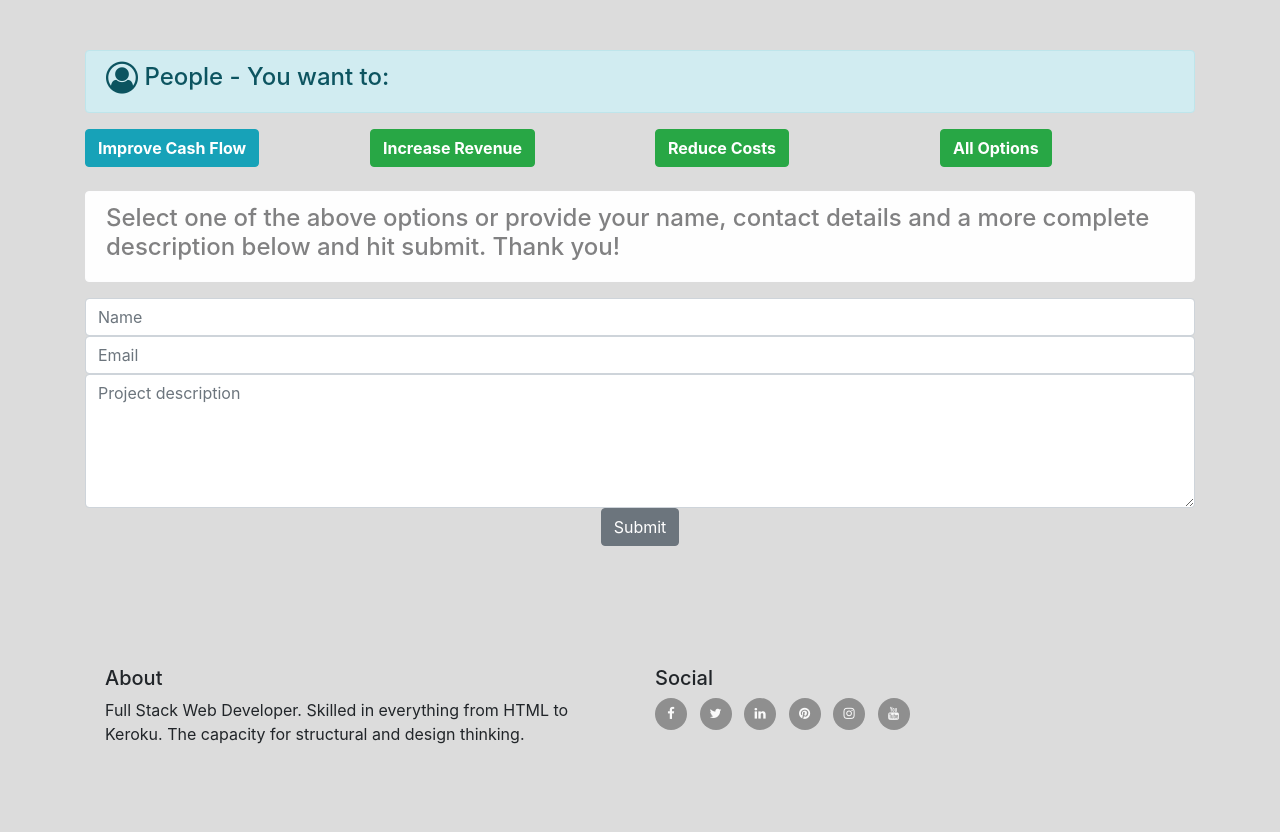
Repository: Code-Institute-Submissions/tenerim-milestone1
Page: People.html
The author's editor kept a record of every edit. The page is drawn from the files as they stood at one moment, then again after the next edit.
The browser window is 1280 px wide. The pictures show the whole page.

Above is the page before.

### People.html
<!DOCTYPE html>
<html lang="en">

<head>
    <meta charset="UTF-8">
    <meta name="viewport" content="width=device-width, initial-scale=1.0">
    <meta http-equiv="X-UA-Compatible" content="ie=edge">
    <link rel="stylesheet" href="https://stackpath.bootstrapcdn.com/bootstrap/4.3.1/css/bootstrap.min.css" type="text/css" />
    <link href="https://stackpath.bootstrapcdn.com/bootstrap/4.3.1/css/bootstrap.min.css" rel="stylesheet" integrity="sha384-ggOyR0iXCbMQv3Xipma34MD+dH/1fQ784/j6cY/iJTQUOhcWr7x9JvoRxT2MZw1T" crossorigin="anonymous">
    <link rel="stylesheet" href="https://stackpath.bootstrapcdn.com/font-awesome/4.7.0/css/font-awesome.min.css" type="text/css" />
    <link href="https://stackpath.bootstrapcdn.com/font-awesome/4.7.0/css/font-awesome.min.css" rel="stylesheet" integrity="sha384-wvfXpqpZZVQGK6TAh5PVlGOfQNHSoD2xbE+QkPxCAFlNEevoEH3Sl0sibVcOQVnN" crossorigin="anonymous">
    <link rel="stylesheet" href="assets/css/style.css" type="text/css" />
    <title>MT Milestone Project 1</title>

</head>

<!-------------------------------------------------------------People -->

<body>

    <section id="People" ;>

        <div class="container">

            <div class="row">
                <div class="col-sm-12">
                    <div class="alert alert-info" role="alert">
                        <h4 class="alert-heading"><i class="fa fa-user-circle-o fa-lg" aria-hidden="true"></i> People - You want to:</h4>
                    </div>
                </div>
            </div>

            <div class="row">

                <div class="col-sm-3">
                    <button type="button" class="btn btn-info"><a href="#" class="alert-link">Improve Cash Flow</a></button> <br />
                </div>
                <div class="col-sm-3">
                    <button type="button" class="btn btn-success"><a href="#" class="alert-link">Increase Revenue</a></button> <br />
                </div>
                <div class="col-sm-3">
                    <button type="button" class="btn btn-success"><a href="#" class="alert-link">Reduce Costs</a></button> <br />
                </div>
                <div class="col-sm-3">
                    <button type="button" class="btn btn-success"><a href="#" class="alert-link">All Options</a></button> <br /> <br />
                </div>
            </div>

            <div class="alert alert-light" role="alert">
                <h4 class="alert-heading">Select one of the above options or provide your name, contact details and a more complete description below and hit submit. Thank you!</h4>
            </div>

            <div class="center-form">
                <form>
                    <input type="text" name="name" id="fullname" class="form-control" placeholder="Name" required />
                    <input type="email" name="email" id="emailaddress" class="form-control" placeholder="Email" required />
                    <textarea rows="5" name="projectsummary" id="projectsummary" class="form-control" placeholder="Project description" required></textarea>
                    <div class="form-row text-center">
                        <div class="col">
                            <button type="submit" class="btn btn-secondary">Submit</button>
                        </div>
                    </div>
                </form>
            </div>

        </div>

    </section>


    <!-------------------------------------------------------------Footer -->

    <Section id="footer" ;>

        <footer class="container">
            <div id="footer-details" class="row">
                <div class="col-sm-6">
                    <h5 class="uppercase general-sub">About</h5>
                    <p class "inline-block">
                        Full Stack Web Developer. Skilled in everything from HTML to Keroku. The capacity for structural and design thinking.</p>
                </div>


                <div class="col-sm-6">
                    <h5 class="uppercase general-sub">Social</h5>
                    <ul class="list-inline social-links">
                        <li class="list-inline-item">
                            <a target="_blank" href="#">
                            <i class="fa fa-facebook" aria-hidden="true"></i>
                            <span class="sr-only">Facebook</span>
                        </a>
                        </li>
                        <li class="list-inline-item">
                            <a target="_blank" href="#">
                            <i class="fa fa-twitter" aria-hidden="true"></i>
                            <span class="sr-only">twitter</span>
                        </a>
                        </li>
                        <li class="list-inline-item">
                            <a target="_blank" href="#">
                            <i class="fa fa-linkedin" aria-hidden="true"></i>
                            <span class="sr-only">LinkedIn</span>
                        </a>
                        </li>
                        </li>
                        <li class="list-inline-item">
                            <a target="_blank" href="#">
                            <i class="fa fa-pinterest" aria-hidden="true"></i>
                            <span class="sr-only">Pinterest</span>
                        </a>
                        </li>
                        </li>
                        <li class="list-inline-item">
                            <a target="_blank" href="#">
                            <i class="fa fa-instagram" aria-hidden="true"></i>
                            <span class="sr-only">Instagram</span>
                        </a>
                        </li>
                        </li>
                        <li class="list-inline-item">
                            <a target="_blank" href="#">
                            <i class="fa fa-youtube" aria-hidden="true"></i>
                            <span class="sr-only">YouTube</span>
                        </a>
                        </li>
                    </ul>
                </div>
            </div>

        </footer>

    </Section>

</body>

</html>

### assets/css/style.css
.container-fluid {
    background-color: rgb(220, 220, 220);
}

section {
    background-color: rgb(220, 220, 220);
    padding-top: 50px;
    padding-bottom: 50px;
}

.splash {
    background-color: rgb(192, 192, 192);
}


.display-4 {
    padding-top: 50px;
}


.lead {
    padding-bottom: 50px;
}


.headbox {
    border-radius: 25px;
    border: 2px solid #73AD21;
    padding: 10px;
    text-align: center;
    width: 200px;

}

h4 {
    color: rgb(255, 255, 255);
}


.alert-link {

color: rgb(255, 255, 255);
}

/*--------------------------------------How I Got Here-----*/

.timeline-item {
    padding: 0em 1em 1em 1em;
    border-left: 1px solid;
}

.timeline-item:before {
    content: attr(data-dates);
    left: 2.5em;
    top: 3em;
    display: block;
    font-weight: 500;
    font-size: 1em;
    color: #fafafa;
}

.timeline-item:after {
    width: 12px;
    height: 12px;
    display: block;
    top: -3em;
    position: relative;
    left: -23px;
    border-radius: 12px;
    content: "";
    background: #fafafa;
}


/*--------------------------------------How I Add Value-----*/








/*--------------------------------------Contact-----*/

.contact {
  position: relative;
  text-align: center;
  color: white;
}


.top-left {
  position: absolute;
  top: 8px;
  left: 16px;
}




/*--------------------------------------Footer-----*/

.social-links {
    padding-bottom: 15px;
}

.social-links li a i {
    width: 32px;
    height: 32px;
    padding: 12px 0;
    border-radius: 50%;
    font-size: 13px;
    line-height: 7px;
    text-align: center;
    color: #fafafa;
    background: #8f8f8f;
    transition: all 0.35s ease-in-out;
    -moz-transition: all 0.35s ease-in-out;
    -webkit-transition: all 0.35s ease-in-out;
    -o-transition: all 0.35s ease-in-out;
}

.social-links li a i:hover {
    background: #e84610;
}

#footer-details {
    padding: 20px;
}

After the next edit:
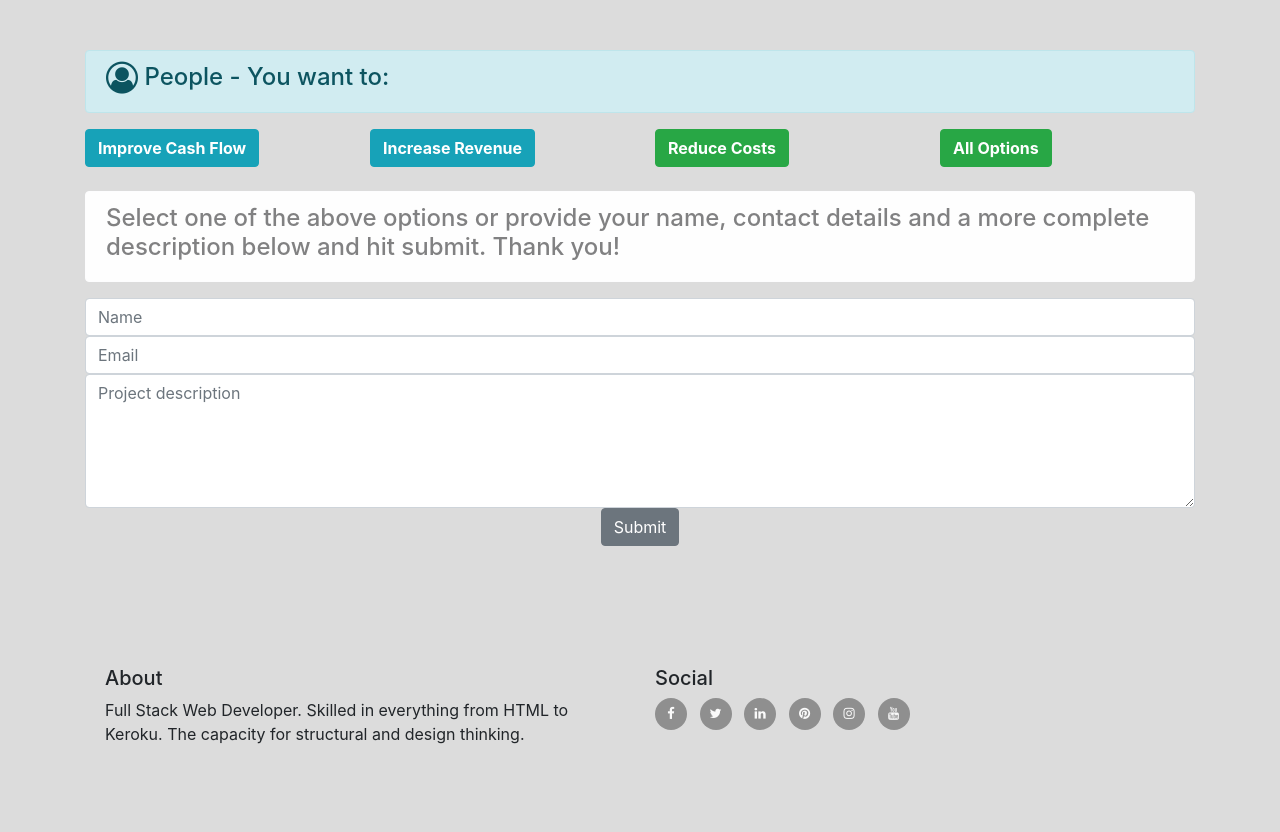
The edit:
--- a/People.html
+++ b/People.html
@@ -36,7 +36,7 @@
                     <button type="button" class="btn btn-info"><a href="#" class="alert-link">Improve Cash Flow</a></button> <br />
                 </div>
                 <div class="col-sm-3">
-                    <button type="button" class="btn btn-success"><a href="#" class="alert-link">Increase Revenue</a></button> <br />
+                    <button type="button" class="btn btn-info"><a href="#" class="alert-link">Increase Revenue</a></button> <br />
                 </div>
                 <div class="col-sm-3">
                     <button type="button" class="btn btn-success"><a href="#" class="alert-link">Reduce Costs</a></button> <br />
